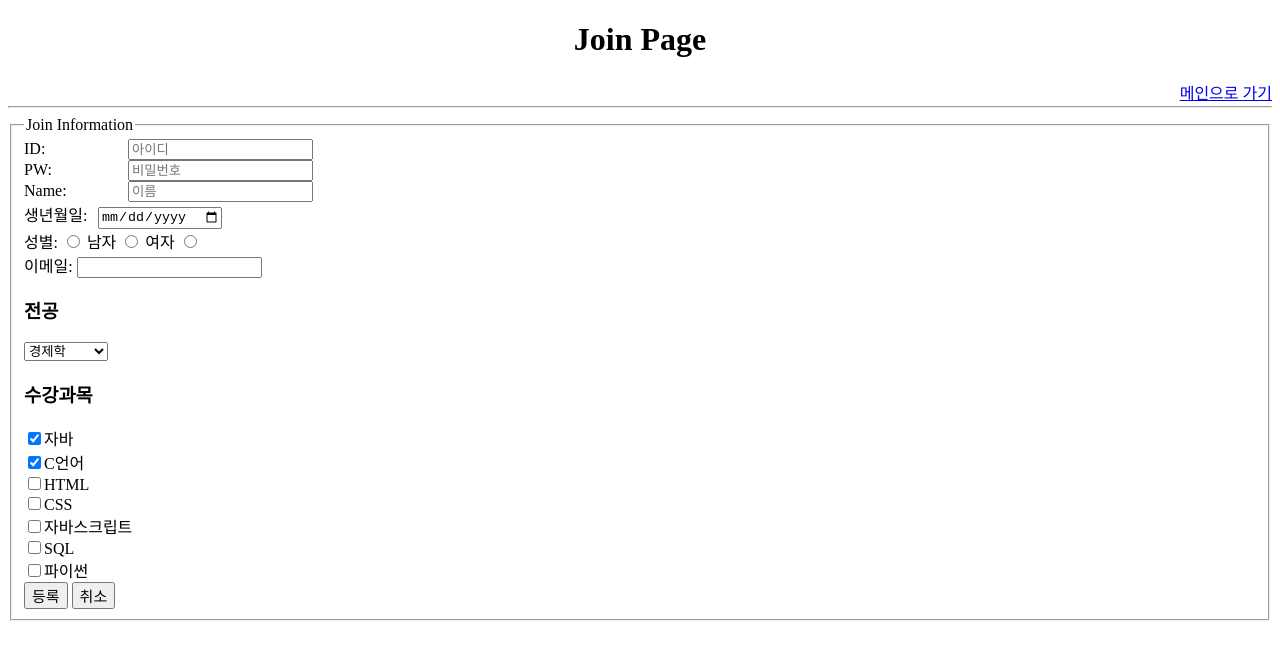
Repository: ByeonYJ/CSSTest
Page: GMSUI/WebContent/member/join.html
These files come from the project's save history. The page is drawn as it stood at one moment and after the next save; the edit follows.
The browser window is 1280 px wide. The pictures show the whole page.

Above is the page before, as saved 2017-07-20 07:23:02.

### GMSUI/WebContent/member/join.html
<!DOCTYPE html>
<html>
<head>
<meta charset="UTF-8">
<title>Member Join </title>
<link rel="stylesheet" href="..css/member.css" />
</head>
<body>
<div id="wrapper">
<h1 id="title">Join Page</h1>
<a id="go_main" href="..index.html">메인으로 가기</a><br/>
<hr/>
<div id="container">
	<form id="join_form "action="">
		<fieldset>
		<legend>Join Information</legend>
			<span id="join_id">ID: </span>
			<input name="id" type="text" placeholder="아이디" /><br />
			<span id="join_pass">PW: </span>
			<input name="password" type="password" placeholder="비밀번호"/><br />
			<span style="width: 100px; display: inline-block;">Name: </span>
			<input name="name" type="text" placeholder="이름"/><br />
			<span style="width: 70px; display: inline-block;">생년월일: </span>
			<input name="birthday" type="date" placeholder="생년월일"/><br />
			성별: <input type="radio" name="gender" value="male"/> 남자
			<input type="radio" name="gender" value="female"/> 여자
			<input type="radio" name="gender" value="female"/>
			<br />
			이메일: <input type="email" name="email"/>
			<h3>전공</h3>
			<select name=major"" id="">
				<option value="computer" >컴퓨터공학</option>
				<option value="economics" selected="selected">경제학</option>
				<option value="tourism">관광학</option>
				<option value="art">미술학</option>
			</select><br />
			<h3>수강과목</h3>
			<input type="checkbox" name="subject" value="java" checked/>자바<br />
			<input type="checkbox" name="subject" value="c" checked/>C언어<br />
			<input type="checkbox" name="subject" value="html"/>HTML<br />
			<input type="checkbox" name="subject" value="css"/>CSS<br />
			<input type="checkbox" name="subject" value="javascript"/>자바스크립트<br />
			<input type="checkbox" name="subject" value="sql"/>SQL<br />
			<input type="checkbox" name="subject" value="python"/>파이썬<br />
			<input type="submit" value="등록" class="bgcolor-blue" style=font-size:15px; width: 280px;/>
			<input type="reset" value="취소" class="bgcolor-red" style=font-size:15px; width: 280px;"/>
		</fieldset>
	</form>
	</div>
</div>
</div>
</body>
</html>

### GMSUI/WebContent/css/member.css
@CHARSET "UTF-8";
@IMPORT "common.css";
/*index.html*/
#index-tab{width: 75%;margin:0 auto;}
#index-tab-tr>td{width: 75%;margin:0 auto;width:30%;text-align: center;border: 1px solid black;}
.index-ul{width: 200px;}
.index-ul>li{border: 1px solid black;}
/*login.html*/
#login_id{color:blue;display:inline-block;fint-size: 30px;width:160px;}
#login_pass{color:blue;font-size:30px}
#login_but{background-color:blue;color:white;width:160px;height}
#login_cancel_btn{background-color:red;color:white;width:160px;height}
/*join.html*/
#join_id{width: 100px; display: inline-block;}
#join_pass{width: 100px; display: inline-block;}

### GMSUI/WebContent/css/common.css
@CHARSET "UTF-8";
table{border-collapse: collapse;}
#wrapper{width: 100%}
#go_main{float:right}
#title{text-align: center;}
#container{}
.gms-text-center{text-align: center;}
.gms-border-black{border:1px solid black;}
.gms-width-100pro{width:100%;}
.gms-width-30pro{width:30%;}
.gms-text-deco-none{text-decoration: none;}
.gms-margin-auto{margin:0 auto;}
.gms-list-none{list-style-type:none;}
.gms-inline-block{display:inline-block}
.gms-fload-right{float:right}
.gms-bgcolor-blue{background-color:blue;}
.gms-bgcolor-red{background-color:red;}
.gms-border-black{border: 1px solid black;}
.gms-textcolor-white{color:white}
.gms-textcolor-blue{color:blue}

After the next save:
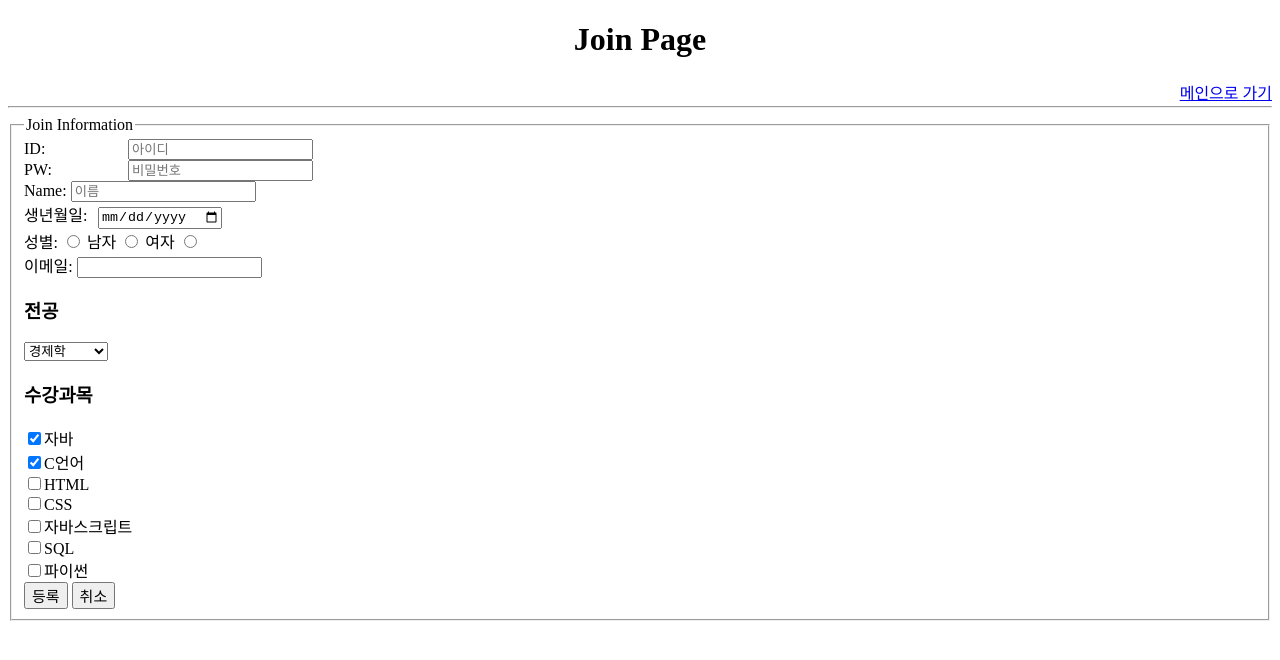
Saved 43 s later.
--- a/GMSUI/WebContent/member/join.html
+++ b/GMSUI/WebContent/member/join.html
@@ -18,7 +18,7 @@
 			<input name="id" type="text" placeholder="아이디" /><br />
 			<span id="join_pass">PW: </span>
 			<input name="password" type="password" placeholder="비밀번호"/><br />
-			<span style="width: 100px; display: inline-block;">Name: </span>
+			<span id="join_name">Name: </span>
 			<input name="name" type="text" placeholder="이름"/><br />
 			<span style="width: 70px; display: inline-block;">생년월일: </span>
 			<input name="birthday" type="date" placeholder="생년월일"/><br />

After the save that followed:
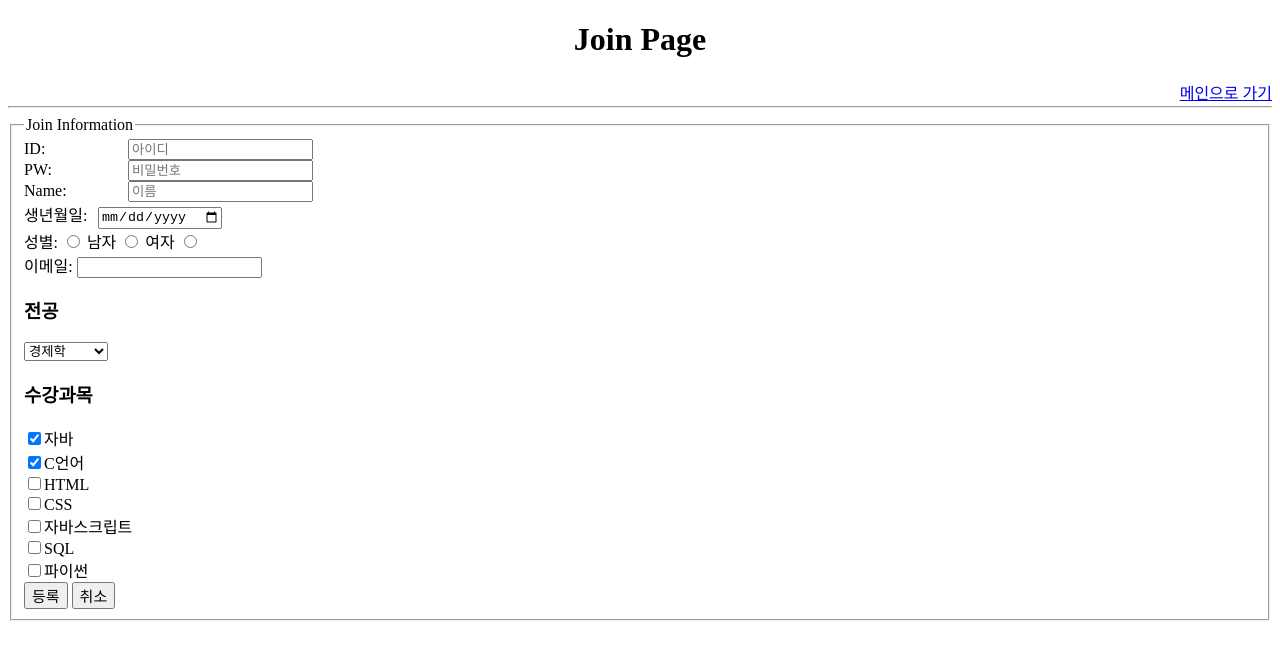
Saved 7 s later.
--- a/GMSUI/WebContent/css/member.css
+++ b/GMSUI/WebContent/css/member.css
@@ -13,3 +13,4 @@
 /*join.html*/
 #join_id{width: 100px; display: inline-block;}
 #join_pass{width: 100px; display: inline-block;}
+#join_name{width: 100px; display: inline-block;}
